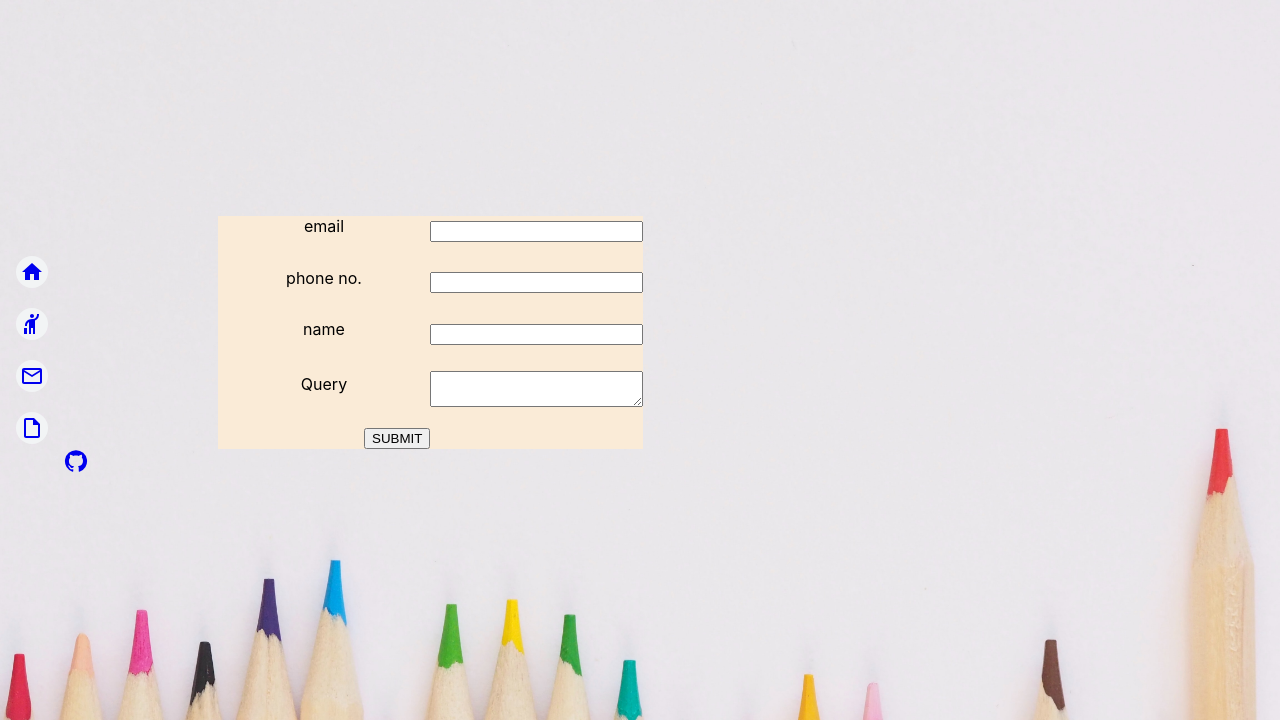
Repository: ujjawalmittal55/portfolio1
Page: /contact
The author's editor kept a copy of each file at every save. The page is drawn from the files as they stood at one save, then again after the next save.
The browser window is 1280 px wide. The pictures show the whole page.
The project was rebuilt for these pictures with package versions that can differ from the ones it lists, and the page was loaded fresh each time. Also part of the build but not shown: src/display.css, src/Display.tsx, src/about.css, src/About.jsx, src/Document.jsx.

Above is the page before, as saved 2022-05-07 10:08:39.

After the next save:
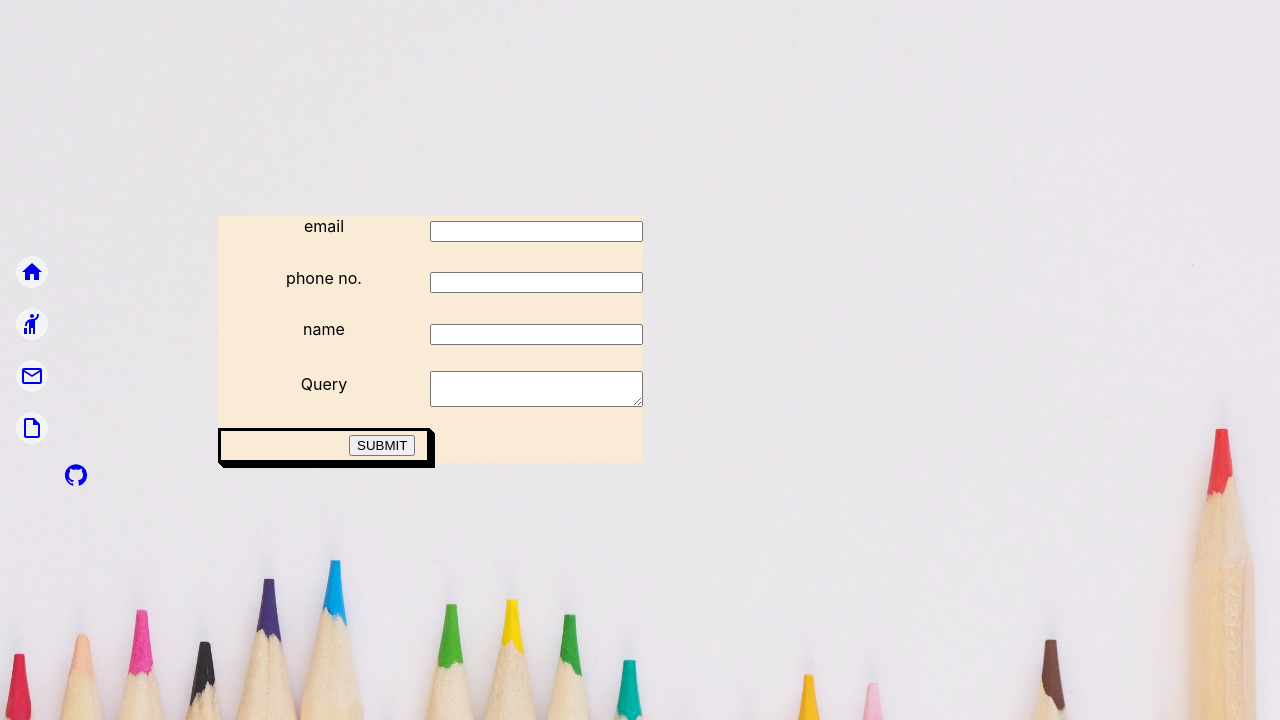
Saved 19 s later.
--- a/src/contact.css
+++ b/src/contact.css
@@ -22,7 +22,7 @@
 }
 
 /* CSS */
-.button-54 {
+.button {
   font-family: "Open Sans", sans-serif;
   font-size: 16px;
   letter-spacing: 2px;
@@ -40,14 +40,14 @@
   touch-action: manipulation;
 }
 
-.button-54:active {
+.button:active {
   box-shadow: 0px 0px 0px 0px;
   top: 5px;
   left: 5px;
 }
 
 @media (min-width: 768px) {
-  .button-54 {
+  .button {
     padding: 0.25em 0.75em;
   }
 }
